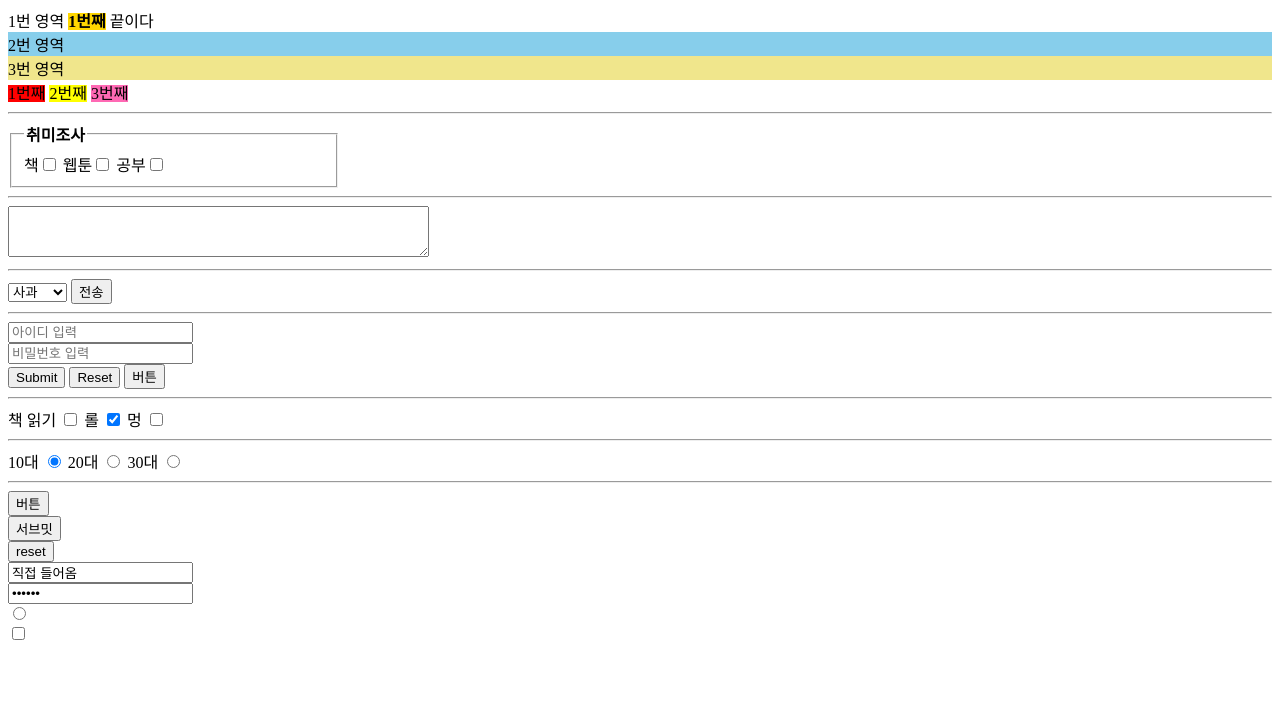
Repository: basstpgns/20201029html
Page: jsp/html/test02.html
These files come from the project's save history. The page is drawn as it stood at one moment and after the next save; the edit follows.
The browser window is 1280 px wide. The pictures show the whole page.

Above is the page before, as saved 2020-10-30 01:51:30.

### jsp/html/test02.html
<!DOCTYPE html>
<html>
<head>
<meta charset="UTF-8">
<title>Insert title here</title>
</head>
<body>
	<div>
		1번 영역
		<span style="background-color: gold;"><b>1번째</b></span>
		끝이다
	</div><!-- 블록 단위로 구분 -->
	<div style="background-color: skyblue;">2번 영역</div>
	<div style="background-color: khaki;">3번 영역</div>
	<span style="background-color: red">1번째</span><!-- 인라인 방식 -->
	<span style="background-color: yellow">2번째</span>
	<span style="background-color: hotpink">3번째</span>
	<hr>
	<fieldset style="width: 300px;">
		<legend>
			<b>취미조사</b>
		</legend>
		책<input type="checkbox"> 웹툰<input type="checkbox"> 공부<input
			type="checkbox">
	</fieldset>
	<hr>
	<textarea rows="3" cols="50"></textarea>
	<hr>
	<form>
		<select size="1" name="select">
			<!-- 사용자가 선택한 값의 value를 넘겨준다.  -->
			<option value="사과11">사과
			<option value="배11">배
			<option value="복숭아11">복숭아
			<option value="수박11">수박
		</select>
		<button type="submit">전송</button>
	</form>
	<hr>
	<form action="test01.html" method="post">
		<!-- 버튼을 동작하기 위한 명령어 -->
		<input type="text" name="id" placeholder="아이디 입력"><br>
		<!--
			name에 입력한 값을 저장시키고 전달해준다. 변수를 만들어준다.
			method를 입력하지 않으면 기본값으로 get방식이 된다.
			get방식 : 사용자가 입력한 값을 url에 넘겨주는 방식 / 최대 256byte까지만 지원한다. / 용량이 적거나 다른 사용자에게 보여져도 상관없으면 get방식을 이용한다.
			post방식 : 데이터를 헤드에 붙혀서 넘겨주기 때문에  대용량데이터의 전달이 가능하다. / 데이터에 보안이 필요할 때 사용한다.
		 -->
		<input type="text" name="pw" placeholder="비밀번호 입력"> <br>
		<input type="submit" placeholder="로그인">
		<!-- submit은 무조건 form으로 묶어줘야 한다. 버튼이 눌렸을 때 action에 경로가 있다면 해당하는 경로로 이동한다. -->
		<input type="reset" placeholder="초기화"> <input type="button"
			value="버튼">
		<!-- 버튼은 다른방식을 이동해야 한다. -->
	</form>
	<hr>
	책 읽기
	<input type="checkbox"> 롤
	<input type="checkbox" checked> 멍
	<input type="checkbox">
	<hr>
	10대
	<input type="radio" name="age" checked> 20대
	<input type="radio" name="age"> 30대
	<input type="radio" name="age">
	<hr>
	<input type="button" value="버튼">
	<br>
	<input type="submit" value="서브밋">
	<br>
	<input type="reset" value="reset">
	<br>
	<input type="text" value="직접 들어옴">
	<br>
	<input type="password" value="직접 들어옴">
	<br>
	<input type="radio" value="">
	<br>
	<input type="checkbox" value="">
	<br>
</body>
</html>

After the next save:
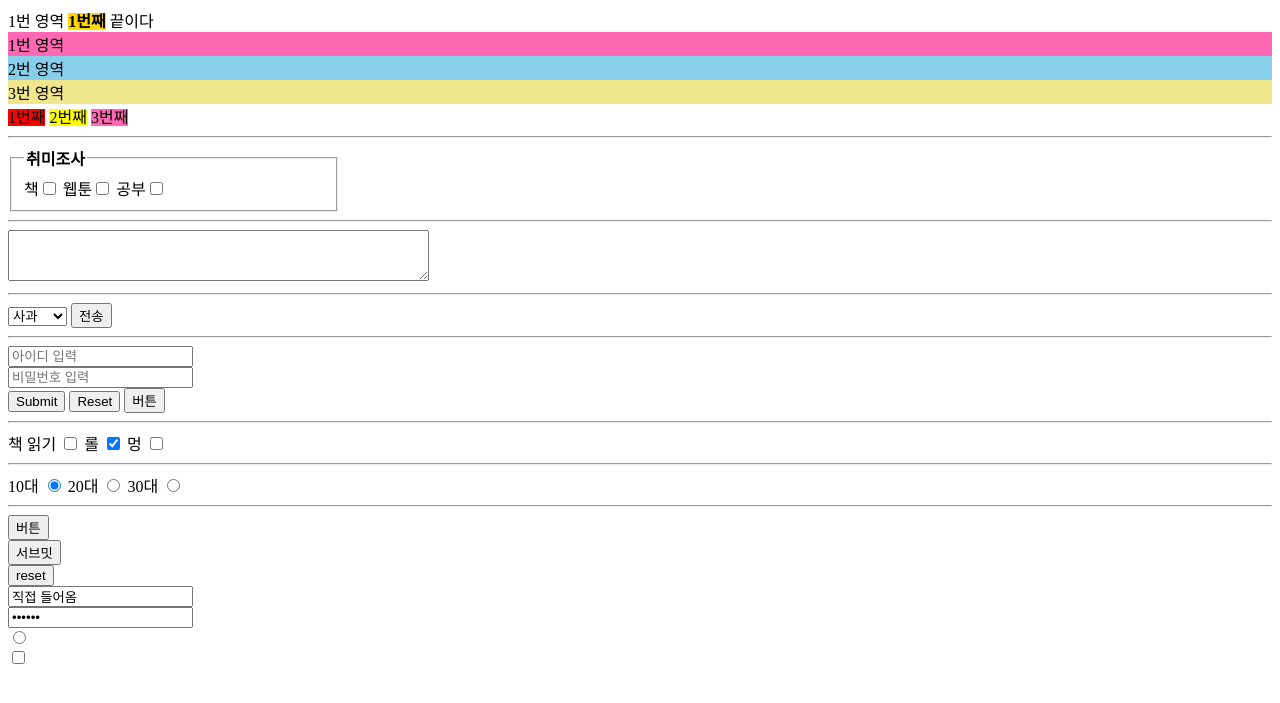
Saved 53 s later.
--- a/jsp/html/test02.html
+++ b/jsp/html/test02.html
@@ -10,6 +10,7 @@
 		<span style="background-color: gold;"><b>1번째</b></span>
 		끝이다
 	</div><!-- 블록 단위로 구분 -->
+	<div style="background-color: hotpink;">1번 영역</div>
 	<div style="background-color: skyblue;">2번 영역</div>
 	<div style="background-color: khaki;">3번 영역</div>
 	<span style="background-color: red">1번째</span><!-- 인라인 방식 -->
